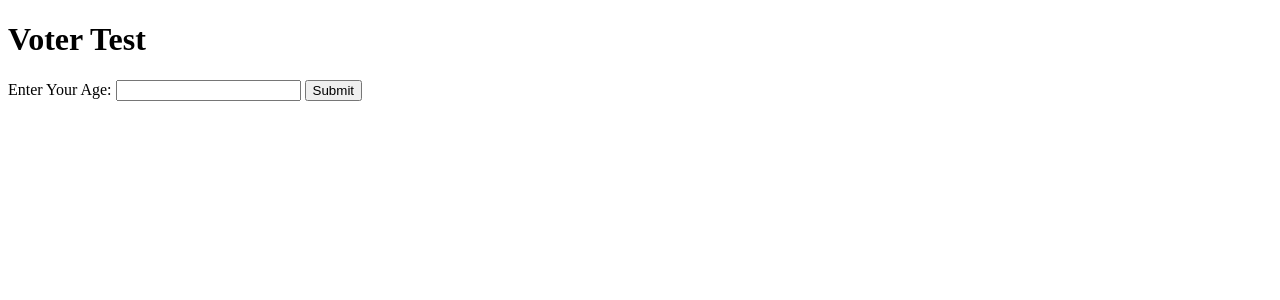
Repository: ulmerb/hw5part1
Page: Login/WebContent/homepage.html
These files come from the project's save history. The page is drawn as it stood at one moment and after the next save; the edit follows.
The browser window is 1280 px wide. The pictures show the whole page.

Above is the page before, as saved 2014-02-20 00:03:28.

After the next save:
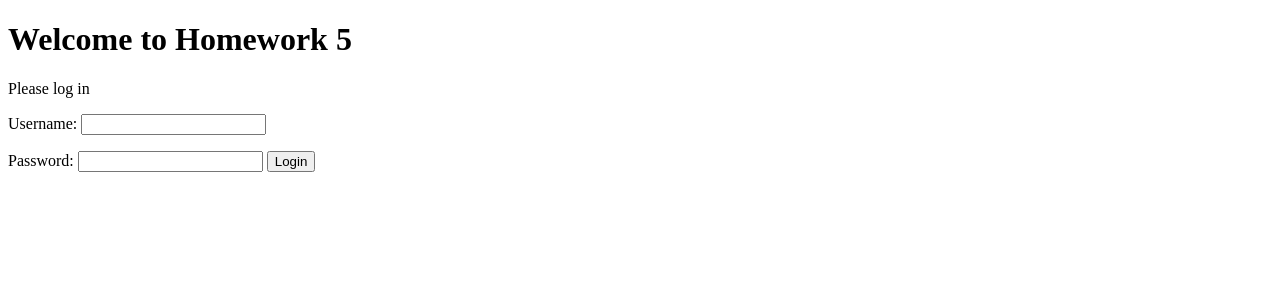
Saved 2 min 32 s later.
--- a/Login/WebContent/homepage.html
+++ b/Login/WebContent/homepage.html
@@ -2,13 +2,15 @@
 <html>
 <head>
 <meta charset="UTF-8" />
-<title>Voter Test</title>
+<title>Welcome</title>
 </head>
 <body>
-<h1>Voter Test</h1>
-<form action="Voting">
-<p>Enter Your Age: <input type="text" name="age" />
-<input type="submit" /></p>
+<h1>Welcome to Homework 5</h1>
+<p>Please log in<p>
+<form action="LoginServlet" method = "post">
+<p>Username: <input type="text" name="name" />
+<p>Password: <input type="text" name="password"/>
+<input type="submit" value = "Login" /></p>
 </form>
 </body>
 </html>
